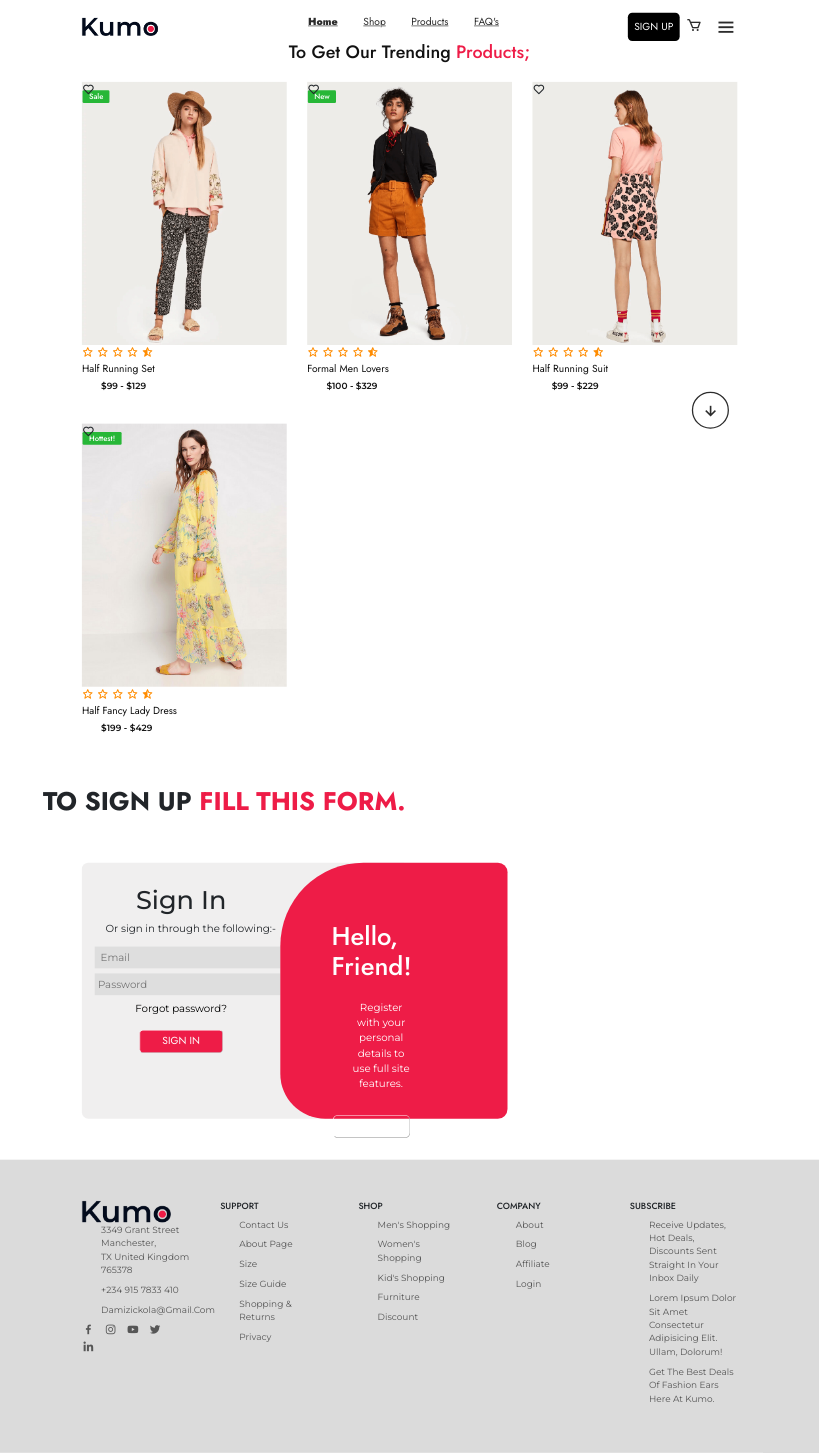
Repository: isaacCodes1/Kumo-Website.
Page: form.html
An editor plug-in stored every save of this project. The page is shown before and after a run of saves, followed by the edit.
The browser window is 1280 px wide. The pictures show the whole page, at 64% of full size.

Above is the page before, as saved 2024-03-26 11:31:36.

### form.html
<!DOCTYPE html>
<html lang="en">
  <head>
    <meta charset="UTF-8" />
    <meta name="viewport" content="width=device-width, initial-scale=1.0" />
    <link rel="stylesheet" href="style.css" />
    <link rel="stylesheet" href="Mediaquery.css" />
    <link rel="preconnect" href="https://fonts.googleapis.com" />
    <link rel="preconnect" href="https://fonts.gstatic.com" crossorigin />
    <link
      href="https://fonts.googleapis.com/css2?family=Bricolage+Grotesque:opsz,wght@12..96,200..800&family=Jost:ital,wght@0,100..900;1,100..900&family=Montserrat:ital,wght@0,100..900;1,100..900&family=Poppins:ital,wght@0,100;0,200;0,300;0,400;0,500;0,600;0,700;0,800;0,900;1,100;1,200;1,300;1,400;1,500;1,600;1,700;1,800;1,900&display=swap"
      rel="stylesheet"
    />
    <link
      rel="stylesheet"
      href="https://cdnjs.cloudflare.com/ajax/libs/font-awesome/6.5.1/css/all.min.css"
      integrity="sha512-DTOQO9RWCH3ppGqcWaEA1BIZOC6xxalwEsw9c2QQeAIftl+Vegovlnee1c9QX4TctnWMn13TZye+giMm8e2LwA=="
      crossorigin="anonymous"
      referrerpolicy="no-referrer"
    />
    <link
      rel="stylesheet"
      href="https://unpkg.com/boxicons@latest/css/boxicons.min.css"
    />
    <link
      href="https://cdn.jsdelivr.net/npm/bootstrap@5.2.3/dist/css/bootstrap.min.css"
      rel="stylesheet"
      integrity="sha384-rbsA2VBKQhggwzxH7pPCaAqO46MgnOM80zW1RWuH61DGLwZJEdK2Kadq2F9CUG65"
      crossorigin="anonymous"
    />
    <script
      src="https://cdn.jsdelivr.net/npm/bootstrap@5.2.3/dist/js/bootstrap.bundle.min.js"
      integrity="sha384-kenU1KFdBIe4zVF0s0G1M5b4hcpxyD9F7jL+jjXkk+Q2h455rYXK/7HAuoJl+0I4"
      crossorigin="anonymous"
    ></script>
    <title>Document</title>
  </head>
  <body>
    <header>
      <a href="index.html" class="logo"><img src="Assets/logo.png" alt="" /></a>
      <ul class="navmenu">
        <li><a style="font-weight: 900" href="index.html">Home</a></li>
        <li><a href="shop.html">Shop</a></li>
        <li><a href="products.html">Products</a></li>
        <li><a href="Questions.html">FAQ's</a></li>
      </ul>
      <div class="nav-icon">
        <a href="form.html" class="yes">SIGN UP</a>
        <a href="#"><i class="bx bx-cart"></i></a>
        <div class="bx bx-menu" id="menu-icon"></div>
      </div>
    </header>
    <!-- <trending-products-section-->
    <section class="trending-product" id="trending">
      <div class="center-text">
        <h2>To Get Our Trending <span>Products;</span></h2>
      </div>
      <div class="products">
        <div class="row">
          <img src="/Assets/1.jpg" alt="" />
          <div class="product-text">
            <h5>Sale</h5>
          </div>
          <div class="heart-icon">
            <i class="bx bx-heart"></i>
          </div>
          <div class="ratting">
            <i class="bx bx-star"></i>
            <i class="bx bx-star"></i>
            <i class="bx bx-star"></i>
            <i class="bx bx-star"></i>
            <i class="bx bxs-star-half"></i>
          </div>
          <div class="price">
            <h4>Half Running Set</h4>
            <p>$99 - $129</p>
          </div>
        </div>

        <div class="row">
          <img src="/Assets/2.jpg" alt="" />
          <div class="product-text">
            <h5>New</h5>
          </div>
          <div class="heart-icon">
            <i class="bx bx-heart"></i>
          </div>
          <div class="ratting">
            <i class="bx bx-star"></i>
            <i class="bx bx-star"></i>
            <i class="bx bx-star"></i>
            <i class="bx bx-star"></i>
            <i class="bx bxs-star-half"></i>
          </div>
          <div class="price">
            <h4>Formal Men Lovers</h4>
            <p>$100 - $329</p>
          </div>
        </div>
        <div class="row">
          <img src="/Assets/3.jpg" alt="" />
          <div class="heart-icon">
            <i class="bx bx-heart"></i>
          </div>
          <div class="ratting">
            <i class="bx bx-star"></i>
            <i class="bx bx-star"></i>
            <i class="bx bx-star"></i>
            <i class="bx bx-star"></i>
            <i class="bx bxs-star-half"></i>
          </div>
          <div class="price">
            <h4>Half Running Suit</h4>
            <p>$99 - $229</p>
          </div>
        </div>
        <div class="row">
          <img src="/Assets/4.jpg" alt="" />
          <div class="product-text">
            <h5>Hottest!</h5>
          </div>
          <div class="heart-icon">
            <i class="bx bx-heart"></i>
          </div>
          <div class="ratting">
            <i class="bx bx-star"></i>
            <i class="bx bx-star"></i>
            <i class="bx bx-star"></i>
            <i class="bx bx-star"></i>
            <i class="bx bxs-star-half"></i>
          </div>
          <div class="price">
            <h4>Half Fancy Lady Dress</h4>
            <p>$199 - $429</p>
          </div>
        </div>
      </div>
      <div class="down-arrow">
        <a href="#contact-info" class="down"
          ><i class="bx bx-down-arrow-alt"></i
        ></a>
      </div>
    </section>
    <h1 class="final">TO SIGN UP <span> FILL THIS FORM.</span></h1>
    <section class="section1">
      <div class="formContainer">
        <form class="form">
          <h1 class="pro3">Sign In</h1>
          <p>Or sign in through the following:-</p>
          <div>
            <input class="proi" type="email" placeholder=" Email" />
          </div>
          <div>
            <input class="proh" type="password" placeholder="Password" />
          </div>
          <a class="forget" href="#">Forgot password?</a>
          <button class="sign">SIGN IN</button>
        </form>
        <div class="contentText">
          <h1 class="hello">Hello, Friend!</h1>
          <p>
            Register with your personal details to use full site features.
          </p>
          <button class="pro2">SIGN UP</button>
        </div>
      </div>
    </section>

    <!-- contact-section -->

    <section class="contact">
      <div class="contact-info" id="contact-info">
        <div class="first-info">
          <img src="/Assets/logo.png" alt="" />
          <p>3349 Grant street Manchester, <br />TX United kingdom 765378</p>
          <p>+234 915 7833 410</p>
          <a href="https://mail.google.com/mail/u/0/#inbox"
            ><p>damizickola@gmail.com</p></a
          >

          <div class="social-icon">
            <a href="https://www.facebook.com/profile.php?id=61551880766580"
              ><i class="bx bxl-facebook"></i
            ></a>
            <a href="https://instagram.com"><i class="bx bxl-instagram"></i></a>
            <a href="https://www.youtube.com/watch?v=FaNTVjATYHQ"
              ><i class="bx bxl-youtube"></i
            ></a>
            <a href="#"><i class="bx bxl-twitter"></i></a>
            <a href="#"><i class="bx bxl-linkedin"></i></a>
          </div>
        </div>
        <div class="second-info">
          <h4>Support</h4>
          <p>Contact Us</p>
          <p>About Page</p>
          <p>Size</p>
          <p>Size Guide</p>
          <p>Shopping & Returns</p>
          <p>Privacy</p>
        </div>

        <div class="third-info">
          <h4>Shop</h4>
          <p>Men's Shopping</p>
          <p>Women's Shopping</p>
          <p>Kid's Shopping</p>
          <p>Furniture</p>
          <p>Discount</p>
        </div>
        <div class="fourth-info">
          <h4>Company</h4>
          <p>About</p>
          <p>Blog</p>
          <p>Affiliate</p>
          <p>Login</p>
        </div>

        <div class="five">
          <h4>Subscribe</h4>
          <p>
            Receive Updates, Hot Deals, Discounts Sent Straight In your Inbox
            Daily
          </p>
          <p>
            Lorem ipsum dolor sit amet consectetur adipisicing elit. Ullam,
            dolorum!
          </p>
          <p>Get The Best Deals Of Fashion ears Here At Kumo.</p>
        </div>
      </div>
    </section>
  </body>
  <script
    src="https://cdn.jsdelivr.net/npm/@popperjs/core@2.11.6/dist/umd/popper.min.js"
    integrity="sha384-oBqDVmMz9ATKxIep9tiCxS/Z9fNfEXiDAYTujMAeBAsjFuCZSmKbSSUnQlmh/jp3"
    crossorigin="anonymous"
  ></script>
  <script
    src="https://cdn.jsdelivr.net/npm/bootstrap@5.2.3/dist/js/bootstrap.min.js"
    integrity="sha384-cuYeSxntonz0PPNlHhBs68uyIAVpIIOZZ5JqeqvYYIcEL727kskC66kF92t6Xl2V"
    crossorigin="anonymous"
  ></script>
  <script src="java.js"></script>
</html>

### style.css
* {
  margin: 0;
  padding: 0;
  box-sizing: border-box;
  scroll-behavior: smooth;
  font-family: "Jost", sans-serif;
  list-style-type: none;
  text-decoration: none;
}
header {
  position: fixed;
  width: 100%;
  top: 0;
  right: 0;
  z-index: 1000;
  display: flex;
  align-items: center;
  justify-content: space-between;
  padding: 20px 10%;
}
.logo img {
  max-width: 120px;
  height: auto;
}
.navmenu {
  display: flex;
}
.navmenu li :hover {
  background: #000;
}
.navmenu a {
  color: #2c2c2c;
  font-size: 16px;
  text-transform: capitalize;
  padding: 10px 20px;
  font-weight: 400;
  transition: all 0.42s ease;
}
.navmenu a:hover {
  color: #ee1c47;
}
.nav-icon {
  display: flex;
  align-items: center;
}
.nav-icon i {
  margin-right: 20px;
  color: #2c2c2c;
  font-size: 25px;
  font-weight: 400;
  transition: all 0.42s ease;
}
.nav-icon i:hover {
  transform: scale(1.05);
  color: #ee1c47;
}
#menu-icon {
  font-size: 35px;
  color: #2c2c2c;
  z-index: 10001;
  cursor: pointer;
}
section {
  padding: 5% 10%;
}
.main-home {
  width: 100%;
  height: 100vh;
  background-image: url(Assets/banner-3.png);
  background-position: center;
  background-size: cover;
  display: grid;
  grid-template-columns: repeat(1, 1fr);
  align-items: center;
}
.main-text h5 {
  color: #ee1c47;
  font-size: 16px;

  text-transform: capitalize;
  font-weight: 500;
}
.main-text h1 {
  color: #000;
  font-size: 65px;
  text-transform: capitalize;
  line-height: 1.1;
  font-weight: 600;
  margin: 6px 0 10px;
}
.main-text p {
  color: #333c56;
  font-size: 20px;
  font-style: italic;
  margin-bottom: 20px;
}
.main-btn {
  display: inline-block;
  color: #111;
  font-size: 16px;
  font-weight: 500;
  text-transform: capitalize;
  border: 2px solid#111;
  padding: 12px 25px;
  transition: all 0.42s ease;
}
.main-btn:hover {
  background: #000;
  color: #fff;
}
.main-btn i {
  vertical-align: middle;
}
.down-arrow {
  position: absolute;
  top: 85%;
  right: 11%;
}
.down i {
  font-size: 30px;
  color: #2c2c2c;
  border: 2px solid #2c2c2c;
  border-radius: 50px;
  padding: 12px 12px;
}
.down i:hover {
  background: #2c2c2c;
  color: #fff;
  transition: all 0.42s ease;
}
header.sticky {
  background: #fff;
  padding: 20px 10%;
  box-shadow: 0px 0px 10px rgb(0 0 0 /10%);
}
/* trending-section-css */
.center-text h2 {
  color: #111;
  font-size: 28px;
  text-transform: capitalize;
  text-align: center;
  margin-bottom: 30px;
}
.center-text span {
  color: #ee1c47;
}
.products {
  display: grid;
  grid-template-columns: repeat(auto-fit, minmax(260px, auto));
  gap: 2rem;
}
.row {
  position: relative;
  transition: all 0.4s;
}
.row img {
  width: 100%;
  height: auto;
  transition: all 0.4s;
}
.row img:hover {
  transform: scale(0.9);
}
.product-text h5 {
  position: absolute;
  top: 13px;
  left: 13px;
  color: #fff;
  font-size: 12px;
  font-weight: 500;
  text-transform: capitalize;
  background: #27b737;
  padding: 3px 10px;
  border-radius: 2px;
}
.heart-icon {
  position: absolute;
  right: 0;
  font-size: 20px;
}
.heart-icon:hover {
  color: #ee1c47;
}
.ratting {
  color: #ff8c00;
  font-size: 18px;
}

.price h4 {
  color: #111;
  font-size: 16px;
  text-transform: capitalize;
  font-weight: 400;
}
.price p {
  color: #151515;
  font-size: 14px;
  font-weight: 600;
}
.client-reviews {
  background: #f3f4f6;
}
.reviews {
  text-align: center;
}
.reviews h3 {
  color: #111;
  font-size: 25px;
  text-transform: capitalize;
  text-align: center;
  font-weight: 700;
}
.reviews img {
  width: 100px;
  height: auto;
  border-radius: 80px;
  margin: 10px 0;
}
.reviews p {
  color: #707070;
  font-size: 16px;
  font-weight: 400;
  line-height: 25px;
  margin-bottom: 10px;
}
.reviews h2 {
  font-size: 22px;
  color: #000;
  font-weight: 400;
  text-transform: capitalize;
  margin-bottom: 2px;
}
/* update-section-css */
.up-center-text h2 {
  text-align: center;
  color: #111;
  font-size: 25px;
  text-transform: capitalize;
  font-weight: 700;
  margin-bottom: 30px;
}
.cart img {
  width: 350px;
  height: auto;
  border-radius: 5px;
}
.update-cart {
  display: grid;
  grid-template-columns: repeat(auto-fit, minmax(380px, auto));
  gap: 1px;
}
.cart h5 {
  color: #636872;
  font-size: 14px;
  text-transform: capitalize;
  font-weight: 500;
}
.cart h4 {
  color: #111;
  font-size: 18px;
  font-weight: 600;
}
.cart p {
  color: #707070;
  font-size: 15px;
  max-width: 380px;
  line-height: 25px;
  margin-bottom: 12px;
}
.cart h6 {
  color: #151515;
  font-size: 14px;
  font-weight: 500;
}
/* contact-section */
.contact {
  background: #dbdbdb;
}
.contact-info {
  display: grid;
  grid-template-columns: repeat(auto-fit, minmax(160px, auto));
  gap: 3rem;
}
.first-info img {
  width: 140px;
  height: auto;
}
.contact-info h4 {
  color: #212529;
  font-size: 14px;
  text-transform: uppercase;
  margin-bottom: 10px;
}
.contact-info p {
  color: #565656;
  font-size: 14px;
  font-weight: 400;
  text-transform: capitalize;
  line-height: 1.5;
  margin-bottom: 10px;
  cursor: pointer;
  transition: all 0.42s;
}
.contact-info p:hover {
  color: #ee1c47;
}
.social-icon i {
  color: #565656;
  margin-right: 10px;
  font-size: 20px;
  transition: all 0.42s;
}
.social-icon i:hover {
  transform: scale(1.3);
}
.end-text {
  text-align: center;
  background: #edfff1;
  padding: 20px;
}
.end-text p {
  color: #111;
  text-transform: capitalize;
}

.location {
  width: 80%;
  margin: auto;
  padding: 80px 0;
}
.location iframe {
  width: 100%;
}
.center-text1 h2 {
  font-size: 30px;
}
.center-text1 span {
  color: #ee1c47;
}
.button3 {
  padding: 9px;
  border: 1px solid blue;
  font-size: 18px;
  border-radius: 5px;
  text-decoration: none;
  background: blue;
  color: #fff;
  transition: all 0.42s ease;
}
.button3:hover {
  color: #000;
  background: #fff;
}
.final {
  margin-left: 67px;
  font-weight: 700;
}
.final span {
  color: #ee1c47;
}
.up-arrow {
  border: 2px solid#000;
  width: 60px;
  border-radius: 50px;
  text-align: center;
  font-size: 30px;
}
.up-arrow i {
  color: #000;
}
.up-arrow :hover {
  background: #000;
  color: #fff;
}

.alert {
  background: blue;
  color: #fff;
  margin-top: 200px;
  font-size: 20px;
  margin-bottom: 150px;
}
.first-info a {
  text-decoration: none;
}
.up-center-text span {
  color: #ee1c47;
}
html,
body {
  position: relative;
  height: 100%;
}
body {
  background: #eee;
  font-family: Helvetica Neue, Helvetica, Arial, sans-serif;
  font-size: 14px;
  color: #000;
  margin: 0;
  padding: 0;
}

swiper-container {
  width: 100%;
  height: 100%;
}

swiper-slide {
  text-align: center;
  font-size: 18px;
  background: #000;
  display: flex;
  justify-content: center;
  align-items: center;
}

swiper-slide img {
  display: block;
  width: 100%;
  height: 100%;
  object-fit: cover;
}
.reviews {
  font-size: 25px;
  font-weight: 900;
}
.reviews span {
  color: #ee1c47;
}
.accordion {
  margin-top: 40px;
  margin-bottom: 10px;
}
.male {
  padding-top: 200px;
}
.male span {
  color: #ee1c47;
}
.yes {
  margin-right: 10px;
  padding: 10px;
  background: #000;
  color: #fff;
  border: 1px;
  transition: 1s ease-in-out;
  border-radius: 7px;
  text-decoration: none;
}
.yes:hover {
  color: #000;
  background: #dbdbdb;
}
.formContainer {
  display: flex;
  width: 50%;
  border: 0px solid;
  border-radius: 10px;
  background-color: rgba(232, 231, 231, 0.644);
  height: 400px;
  padding-right: 200px;
}
.form {
  display: flex;
  flex-direction: column;
  align-items: center;
  flex: 0.5;
}
.contentText {
  display: flex;
  flex-direction: column;
  align-items: center;
  flex: 1;
  gap: 20px;
  background-color: #ee1c47;
  color: white;
  border-radius: 130px 15px 15px 70px;
  font-family: montserrat;
  padding-left: 80px;
  padding-right: 150px;
  padding-top: 90px;
}
.pro1 {
  margin-right: 32px;
  font-family: montserrat;
}
p {
  font-family: montserrat;
  margin-bottom: 15px;
  margin-left: 30px;

  display: flex;
  flex-direction: column;
}
.proi {
  padding: 5px;
  background-color: #dedede;
  color: black;
  border: 1px;
  font-family: montserrat;
  margin-bottom: 8px;
  width: 290px;
  margin-left: 20px;
}
.proh {
  padding: 5px;
  background-color: #dedede;
  color: black;
  border: 1px;
  font-family: montserrat;
  width: 290px;
  margin-left: 20px;
  margin-bottom: 10px;
}
.pro7 {
  font-family: montserrat;
}
.pro2 {
  background: transparent;
  border-width: 1.5px;
  border-radius: 8px;
  border-color: white;
  color: #fff;
  padding: 5px 25px 5px 25px;
  transition: 0.19s;
}
.pro2:hover {
  transition: 0.15s;
  background-color: #dedede;
  color: #000;
  cursor: pointer;
}

.pro3 {
  font-family: montserrat;
  padding-top: 35px;
}
.forget {
  text-decoration: none;
  color: black;
  font-family: montserrat;
  margin-bottom: 5px;
}
.sign {
  background-color: #ee1c47;
  border-width: 1px;
  border-radius: 5px;
  border-color: white;
  color: white;
  padding: 5px 35px 5px 35px;
  margin-top: 15px;
  transition: 0.19s;
  cursor: pointer;
}
.sign:hover {
  color: #000;
  background-color: #dedede;
}
.contentText .hello {
  font-size: 40px;
  display: flex;
  align-items: center;
  justify-content: center;
  flex-direction: column;
}
.contentText p {
  text-align: center;
}

### Mediaquery.css
@media (890px) {
  header {
    padding: 20px 3%;
    transition: 0.4s;
  }
  .center-text h2 {
    font-size: 12px;
  }
}
@media (max-width: 630px) {
  .main-text h1 {
    font-size: 50px;
    transition: 0.4s;
  }
  .main-text p {
    font-size: 18px;
    transition: 0.4s;
  }
  .main-btn {
    padding: 10px 20px;
    transition: 0.4s;
  }
  .center-text h2 {
    font-size: 12px;
  }
}
@media (max-width: 750px) {
  .navmenu {
    position: absolute;
    top: 100%;
    right: -100%;
    width: 300px;
    height: 130vh;
    background: #edfff1;
    display: flex;
    flex-direction: column;
    align-items: center;
    padding: 120px 30px;
    transition: all 0.42s;
  }
  .navmenu a {
    display: block;
    margin: 18px 0;
  }
  .navmenu.open {
    right: 0;
  }
  .center-text h2 {
    font-size: 12px;
  }
}
@media (max-width: 700px) {
  .center-text h2 {
    font-size: 0;
  }
  .header {
    margin-bottom: 20px;
    color: #000;
  }
  .cart {
    align-items: center;
    display: flex;
    flex-direction: column;
  }
  .cart img {
    width: 270px;
    margin-right: 80px;
  }
  .cart p {
    font-size: 10px;
    margin-right: 80px;
  }
  .cart h4 {
    font-size: 12px;
    margin-right: 80px;
  }
  .cart h6 {
    font-size: 10px;
    margin-right: 80px;
  }
  .contact-info {
    display: flex;
    flex-direction: column;
    align-items: center;
  }
  .center-text1 h2 {
    font-size: 25px;
  }
  .navmenu {
    padding-bottom: 30px;
  }
}

### java.js
const header = document.querySelector("header");

window.addEventListener("scroll", function () {
  header.classList.toggle("sticky", window.scrollY > 0);
});

let menu = document.querySelector("#menu-icon");
let navmenu = document.querySelector(".navmenu");

menu.onclick = () => {
  menu.classList.toggle("bx-x");
  navmenu.classList.toggle("open");
};

After the next 3 saves:
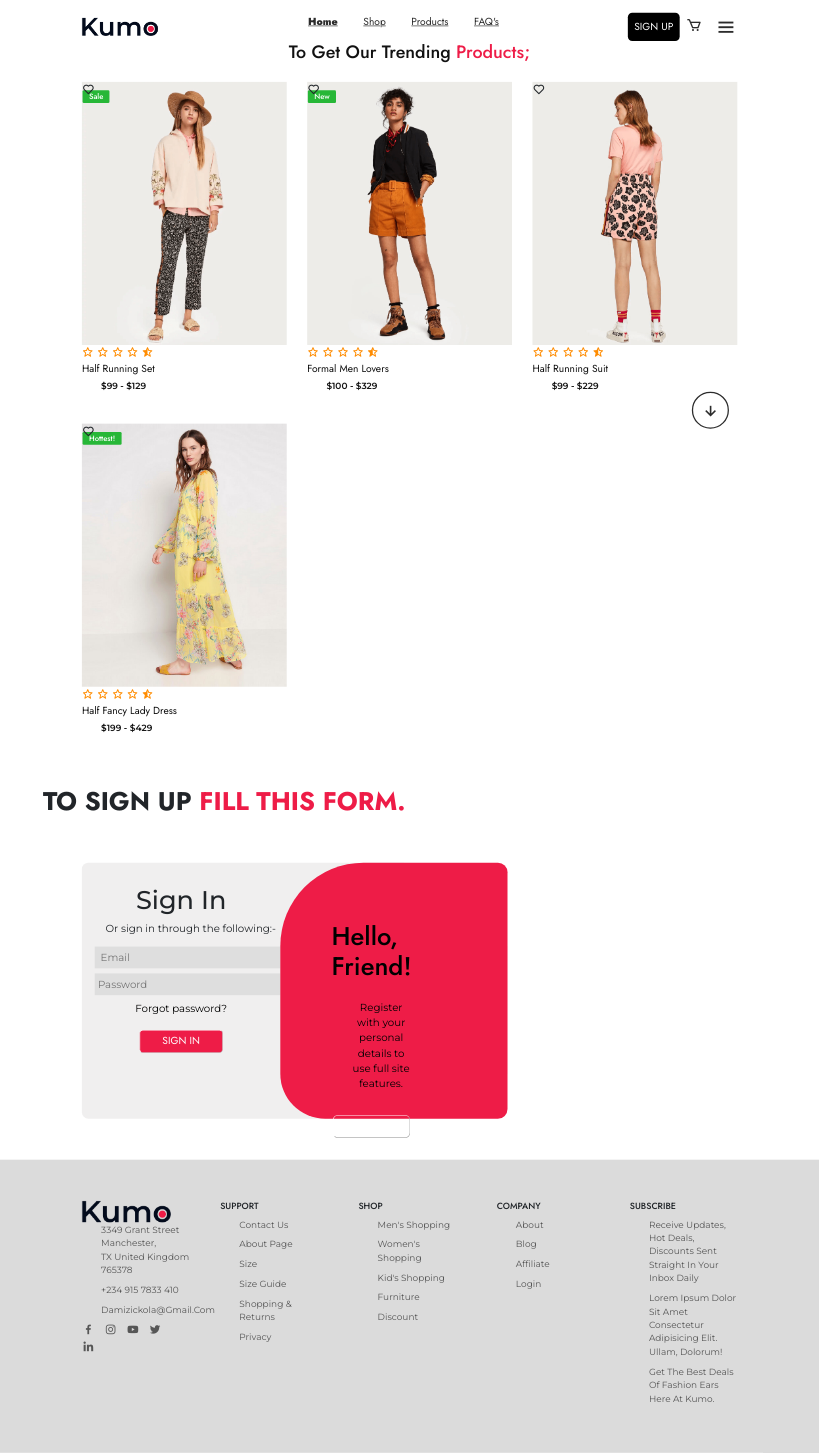
The 3 saves are shown as one change because they came seconds apart.
The last was saved 89 s later.
--- a/style.css
+++ b/style.css
@@ -473,7 +473,7 @@ swiper-slide img {
   flex: 1;
   gap: 20px;
   background-color: #ee1c47;
-  color: white;
+  color: #000;
   border-radius: 130px 15px 15px 70px;
   font-family: montserrat;
   padding-left: 80px;
